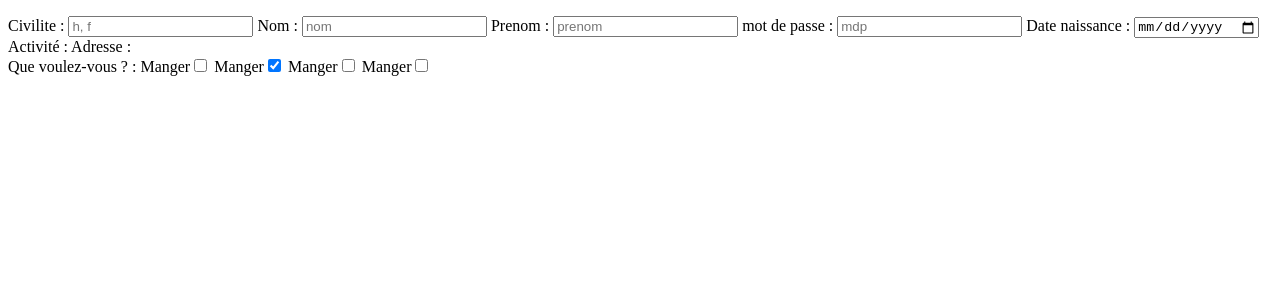
Repository: Douzal/AFCEPF_Architecte_Logiciel
Page: Workspace_Alexis/PremierWebv2/src/main/webapp/Form.html
These files come from the project's save history. The page is drawn as it stood at one moment and after the next save; the edit follows.
The browser window is 1280 px wide. The pictures show the whole page.

Above is the page before, as saved 2018-03-14 13:51:31.

### Workspace_Alexis/PremierWebv2/src/main/webapp/Form.html
<!DOCTYPE html>
<html>
<head>
<meta charset="UTF-8">
<title>-- Formulaire --</title>
</head>
<body>

<form action="traitement" method="post">
	<p>
	<label for="civ">Civilite : </label><input id="civ" name="civ" type="text" placeholder="h, f"></input>
	<label for="nom">Nom : </label><input id="nom" name="nom" type="text" placeholder="nom"></input>
	<label for="prenom">Prenom : </label><input id="prenom" name=""prenom"" type="text" placeholder="prenom"></input>
	<label for="mdp">mot de passe : </label><input id="mdp" name=""mdp"" type="password" placeholder="mdp"></input>
	<label for="dob">Date naissance : </label><input id="dob" name=""mdp"" type="date" placeholder="Naissance"></input>
	<label>Activité : </label>
	<label>Adresse : </label>
	<br />

	<label>Que voulez-vous ? :
	<label for="manger">Manger</label></label><input type="checkbox" name="manger"/>
	<label for="boire">Manger</label></label><input type="checkbox" name="boire" checked="checked"/>
	<label for="vivre">Manger</label></label><input type="checkbox" name="vivre" />
	<label for="ecrire">Manger</label></label><input type="checkbox" name="ecrire" />

	</p>
</form>


</body>
</html>

After the next save:
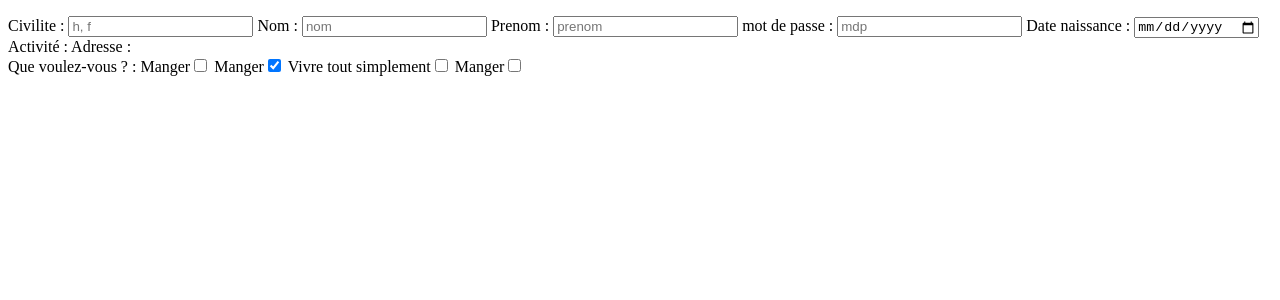
Saved 31 s later.
--- a/Workspace_Alexis/PremierWebv2/src/main/webapp/Form.html
+++ b/Workspace_Alexis/PremierWebv2/src/main/webapp/Form.html
@@ -18,9 +18,9 @@
 	<br />
 
 	<label>Que voulez-vous ? :
-	<label for="manger">Manger</label></label><input type="checkbox" name="manger"/>
-	<label for="boire">Manger</label></label><input type="checkbox" name="boire" checked="checked"/>
-	<label for="vivre">Manger</label></label><input type="checkbox" name="vivre" />
+	<label for="manger">Manger</label></label><input type="checkbox" name="manger" id="manger"/>
+	<label for="boire">Manger</label></label><input type="checkbox" name="boire" checked="checked" id="boire"/>
+	<label for="vivre">Vivre tout simplement</label></label><input type="checkbox" name="vivre" id="vivre" />
 	<label for="ecrire">Manger</label></label><input type="checkbox" name="ecrire" />
 
 	</p>
